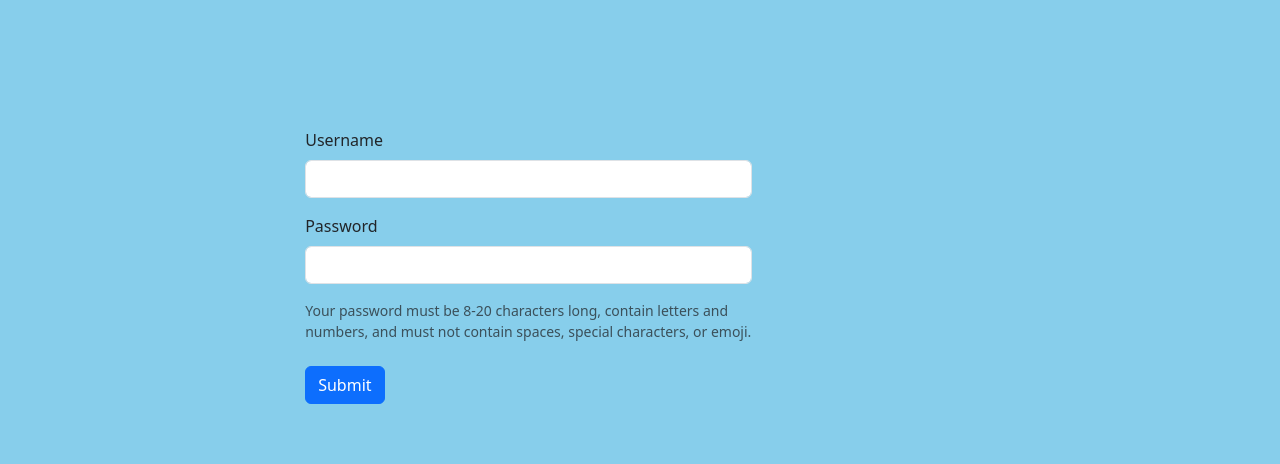
Repository: sarathraj2002/todo-list
Page: login.html
These files come from the project's save history. The page is drawn as it stood at one moment and after the next save; the edit follows.
The browser window is 1280 px wide. The pictures show the whole page.

Above is the page before, as saved 2024-09-05 11:06:14.

### login.html
<!DOCTYPE html>
<html lang="en">
<head>
    <meta charset="UTF-8">
    <meta name="viewport" content="width=device-width, initial-scale=1.0">
    <title>login</title>
    <link rel="stylesheet" href="bootstrap.min.css">
    <link rel="stylesheet" href="style.css">
</head>
<body>
    <div class="container">
    <form class="form">
        <div class="mb-3">
          <label for="exampleInputUsername1" class="form-label">Username</label>
          <input type="test" class="form-control" id="username" >

        </div>
        <div class="mb-3 ">
          <label for="exampleInputPassword1" class="form-label">Password</label>
          <input type="password" class="form-control" id="password">
        </div>
        <div id="passwordHelpBlock" class="form-text">
            Your password must be 8-20 characters long, contain letters and numbers, and must not contain spaces, special characters, or emoji.
          </div>
          <br>

        <button type="submit" class="btn btn-primary">Submit</button>
      </form>
    </div>
    <script src="script.js"></script>
</body>
</html>

### style.css
body{
    background-color: skyblue;
    background-size: cover;
}
.container{
    height: 100px;
    padding-top: 10%;

}
.form{
    height: 100%;
    width: 60%;
    border-color:black;
    padding-left: 20%;
}

Loaded but not shown: bootstrap.min.css (library); script.js (no stored copy; drawn as an empty file)

After the next save:
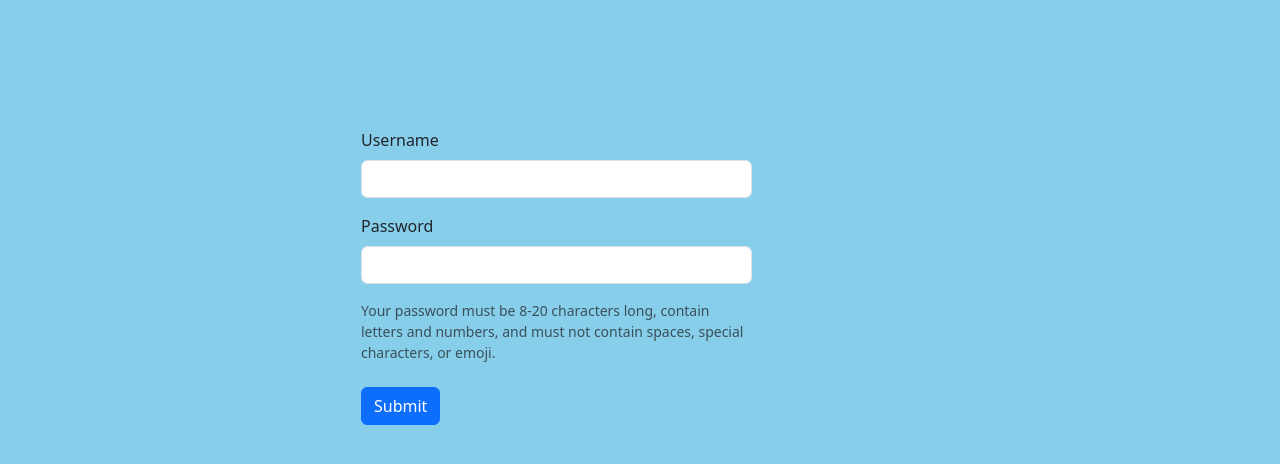
Saved 6 s later.
--- a/style.css
+++ b/style.css
@@ -11,5 +11,5 @@ body{
     height: 100%;
     width: 60%;
     border-color:black;
-    padding-left: 20%;
+    padding-left: 25%;
 }
